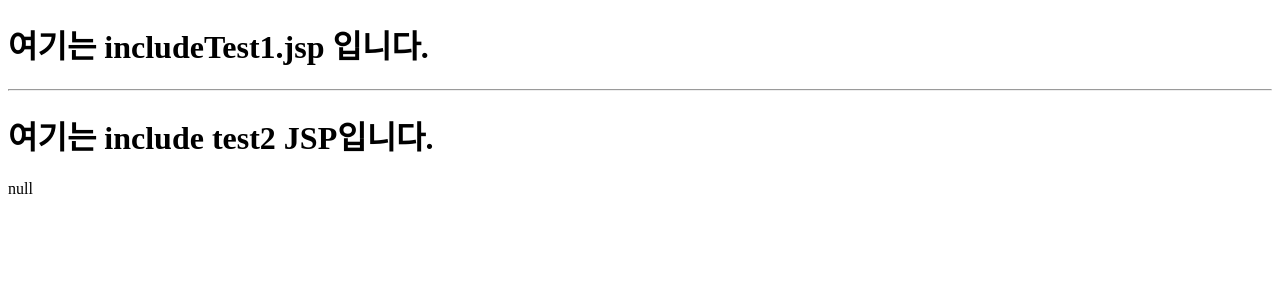
Repository: gh-56/jsp_workspace_al
Page: http://localhost/11_action_tag/includeTest1.jsp
The author's editor kept a copy of each file at every save. The page is drawn from the files as they stood at one save, then again after a run of saves.
The browser window is 1280 px wide. The pictures show the whole page.
The page is served by Tomcat 9.

Above is the page before, as saved 2023-10-18 00:38:11.

After the next 2 saves:
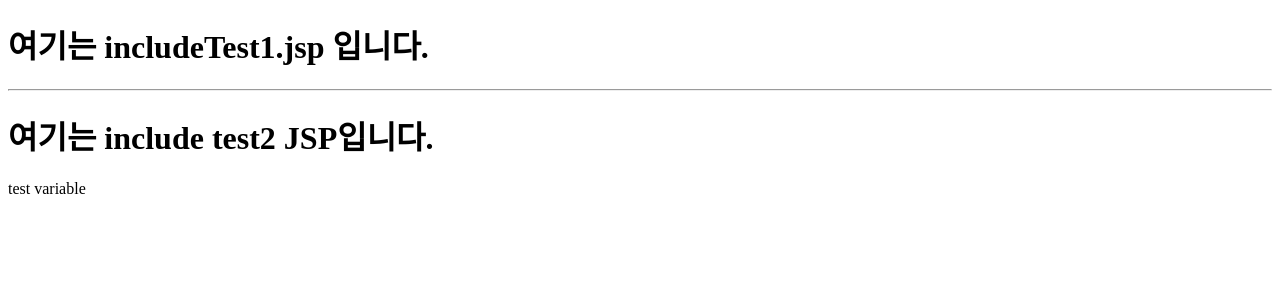
The 2 saves are shown as one change because they came seconds apart.
The last was saved 10 s later.
--- a/11_action_tag/src/main/webapp/includeTest2.jsp
+++ b/11_action_tag/src/main/webapp/includeTest2.jsp
@@ -1,5 +1,5 @@
 <%@ page language="java" contentType="text/html; charset=UTF-8"
     pageEncoding="UTF-8"%>
-<%! String str; %>
+<%! String str = "test variable"; %>
 <hr/>
 <h1>여기는 include test2 JSP입니다.</h1>
